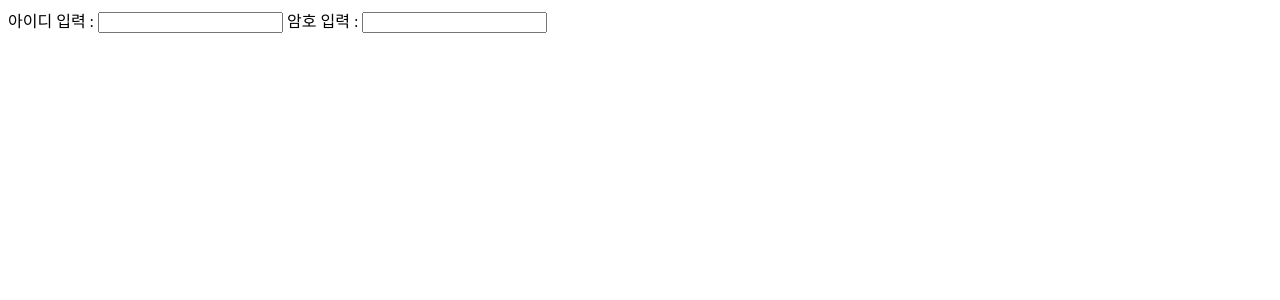
Repository: Kray273/JSLab
Page: html/src/main/webapp/Day96/formtag.html
An editor plug-in stored every save of this project. The page is shown before and after the next save, followed by the edit.
The browser window is 1280 px wide. The pictures show the whole page.

Above is the page before, as saved 2022-11-24 06:17:38.

After the next save:
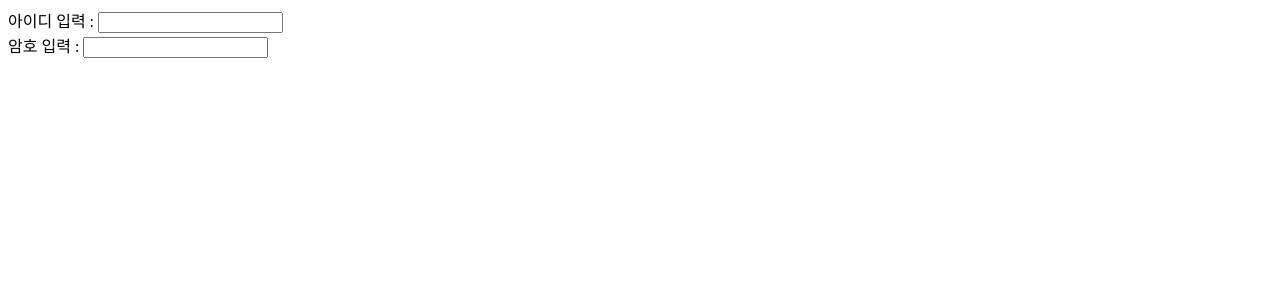
Saved 12 s later.
--- a/html/src/main/webapp/Day96/formtag.html
+++ b/html/src/main/webapp/Day96/formtag.html
@@ -6,7 +6,7 @@
 </head>
 <body>
 
-아이디 입력 : <input type="text">
+아이디 입력 : <input type="text"><br>
 암호 입력 : <input type="password">
 
 </body>
